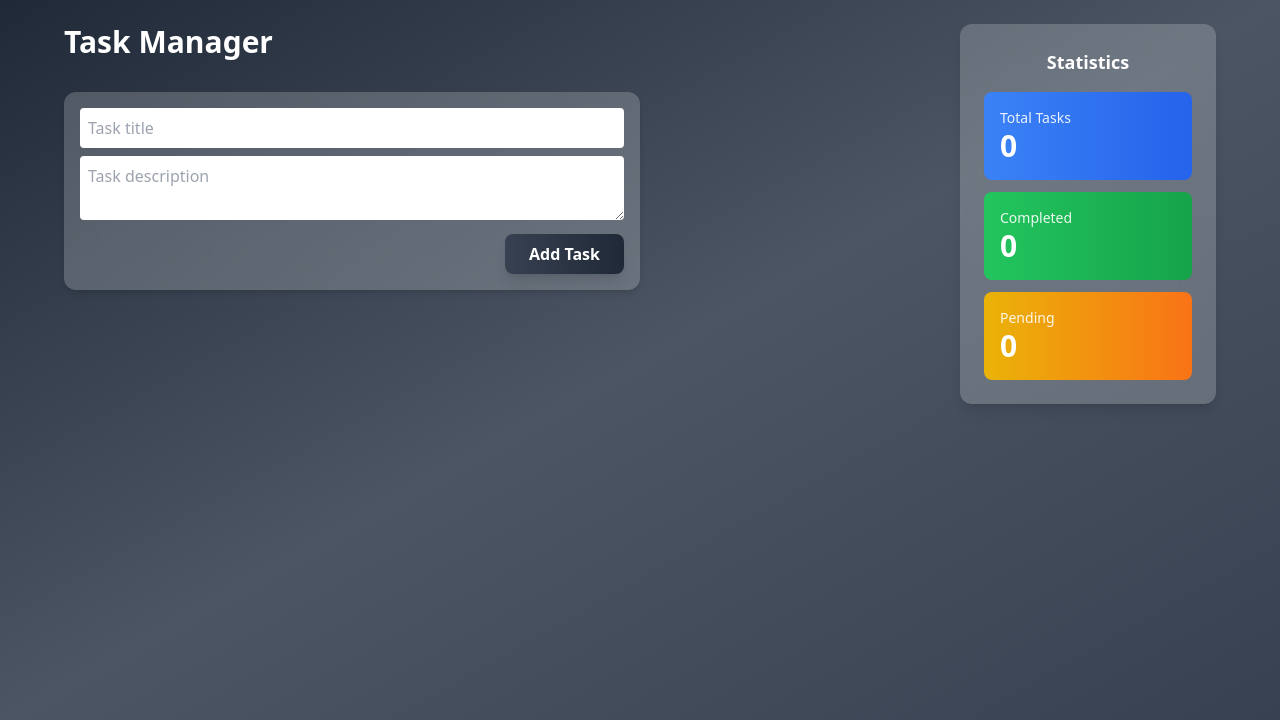
Repository: Meenakshi-commits/mern-task-manager
Page: / (app in client/)
The author's editor kept a copy of each file at every save. The page is drawn from the files as they stood at one save, then again after the next save.
The browser window is 1280 px wide. The pictures show the whole page.
The page's requests for data from a server got no answer. The project was rebuilt for these pictures with package versions that can differ from the ones it lists, and the page was loaded fresh each time. No one was signed in, and anything a server would have sent is missing. Also part of the build but not shown: client/vite.config.js, client/src/components/TaskItem.jsx.

Above is the page before, as saved 2026-01-09 17:35:32.

After the next save:
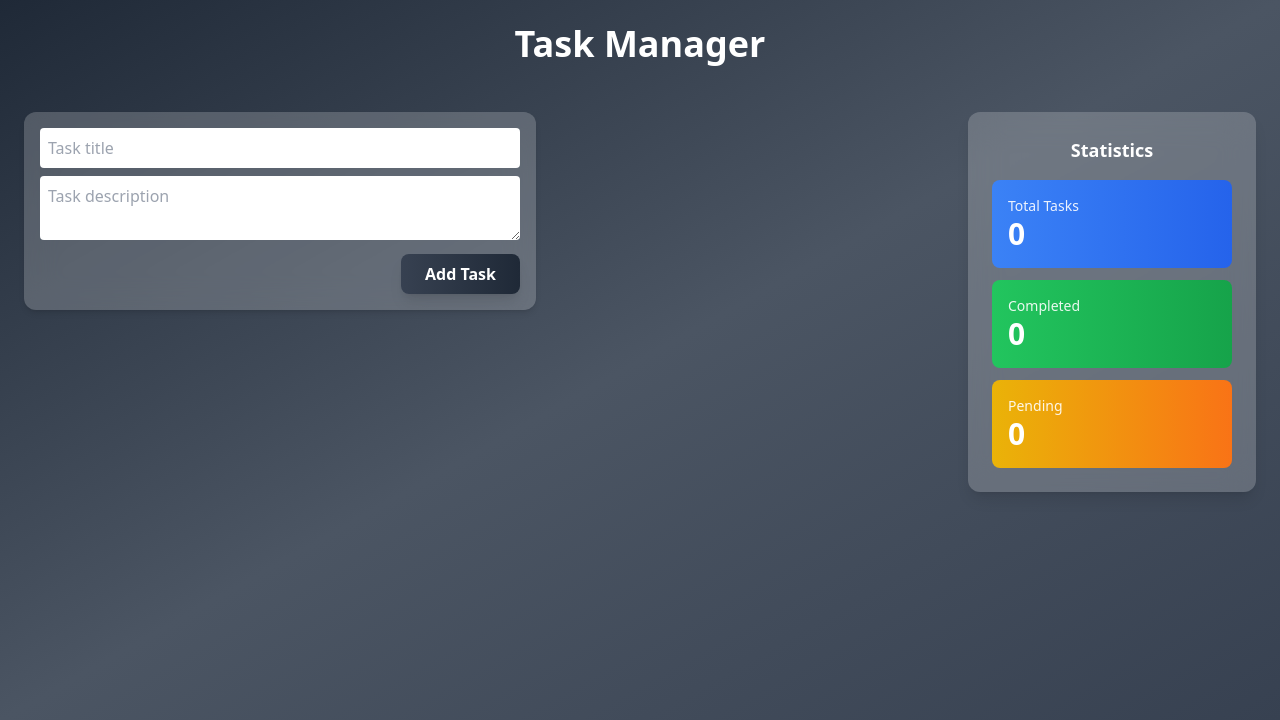
Saved 62 s later.
--- a/client/src/App.jsx
+++ b/client/src/App.jsx
@@ -20,19 +20,18 @@ export default function App() {
 
   return (
     <div className="min-h-screen bg-gradient-to-br from-gray-800 via-gray-600 to-gray-700 p-6">
-      <div className="max-w-6xl mx-auto text-white">
-        <div className="flex justify-between items-start gap-8 mb-8">
-          <div className="flex-1">
-            <h1 className="text-3xl font-bold mb-8">
-              Task Manager
-            </h1>
-            <div className="max-w-xl">
-              <TaskForm fetchTasks={fetchTasks} />
-              <TaskList tasks={tasks} fetchTasks={fetchTasks} />
-            </div>
+      <h1 className="text-4xl font-bold text-center mb-12 text-white">
+        Task Manager
+      </h1>
+
+      <div className="max-w-full mx-auto text-white">
+        <div className="flex justify-between items-start gap-32">
+          <div className="flex-1 max-w-lg">
+            <TaskForm fetchTasks={fetchTasks} />
+            <TaskList tasks={tasks} fetchTasks={fetchTasks} />
           </div>
 
-          <div className="bg-white/20 backdrop-blur-lg p-6 rounded-xl shadow-lg w-64">
+          <div className="bg-white/20 backdrop-blur-lg p-6 rounded-xl shadow-lg w-72 h-fit sticky top-6">
             <h2 className="text-lg font-semibold mb-4 text-center">Statistics</h2>
             <div className="space-y-3">
               <div className="bg-gradient-to-r from-blue-500 to-blue-600 p-4 rounded-lg">
